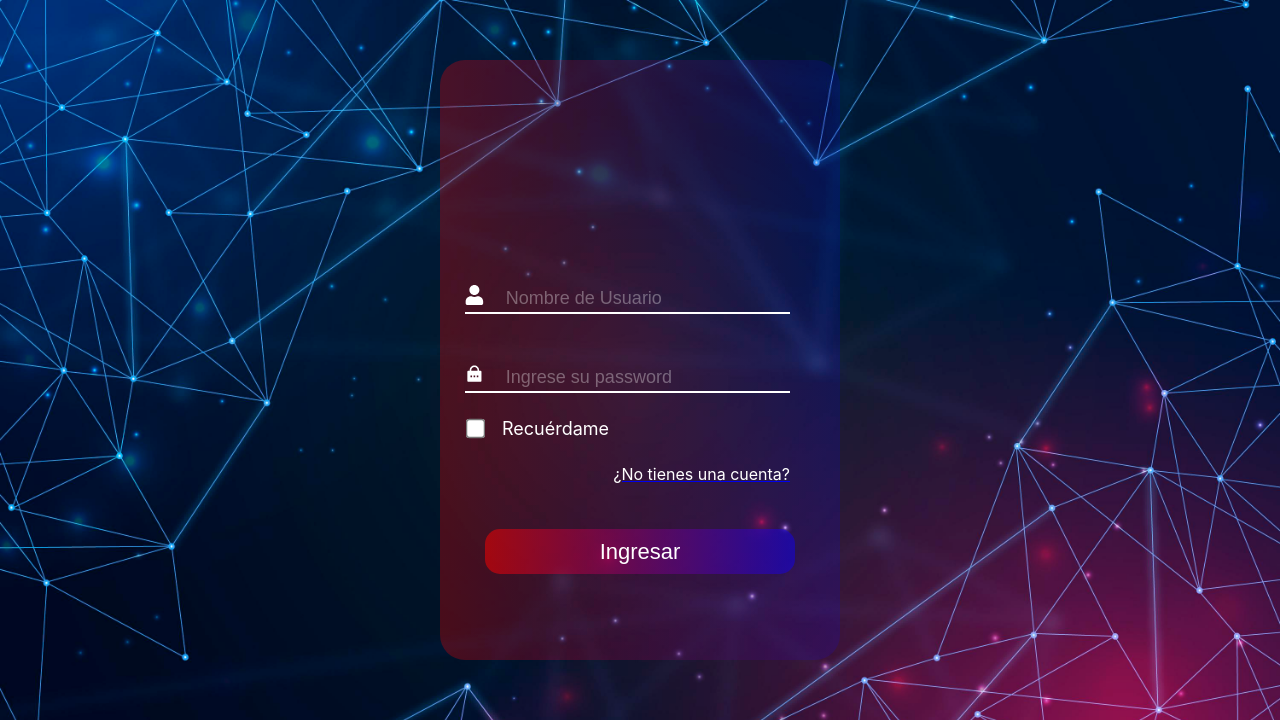
Repository: Davic1o/municipio
Page: /
The author's editor kept a copy of each file at every save. The page is drawn from the files as they stood at one save, then again after the next save.
The browser window is 1280 px wide. The pictures show the whole page.
The project was rebuilt for these pictures with package versions that can differ from the ones it lists, and the page was loaded fresh each time. Also part of the build but not shown: src/pages/Administrador/admin.css, src/pages/Administrador/Admin.jsx, src/pages/Coord/Coord.jsx, src/pages/User/User.jsx, src/pages/Register/RegistroForm.jsx, src/pages/Register/CodigoAdmin.jsx, src/pages/Register/CheckboxAdmin.jsx, src/pages/Register/ErrorMensaje.jsx and 5 more.

Above is the page before, as saved 2024-02-12 12:33:03.

### src/index.js
import React from 'react';
import ReactDOM from 'react-dom/client';
import './index.css';
import App from './App';
import { BrowserRouter } from 'react-router-dom';

const root = ReactDOM.createRoot(document.getElementById('root'));
root.render(
  <BrowserRouter>
    <App />
   </BrowserRouter>
);

### src/index.css
body {
  margin: 0;
  font-family: -apple-system, BlinkMacSystemFont, 'Segoe UI', 'Roboto', 'Oxygen',
    'Ubuntu', 'Cantarell', 'Fira Sans', 'Droid Sans', 'Helvetica Neue',
    sans-serif;
  -webkit-font-smoothing: antialiased;
  -moz-osx-font-smoothing: grayscale;
}

code {
  font-family: source-code-pro, Menlo, Monaco, Consolas, 'Courier New',
    monospace;
}
input{
  text-decoration: none;
  border: none;
}
button{
  background-color: transparent;
  text-decoration: none;
  border: none;
}

### src/App.jsx

import Rutas from './routes/Rutas';

function App() {
  return (
    <div className="App">
      <Rutas/>

    </div>
  );
}

export default App;

### src/routes/Rutas.jsx
import React, { useEffect } from 'react';
import { Routes, Route, Switch, Redirect } from 'react-router-dom';

import Login from '../pages/Login/Login';
import Admin from '../pages/Administrador/Admin';
import Coord from '../pages/Coord/Coord';
import User from '../pages/User/User';
import Register from '../pages/Register/Register';
import ConfirmacionRegistro from '../pages/ConfirmacionRegistro/ConfirmacionRegistro';

function Rutas() {


  return (



      <Routes>
        <Route path="/" element={<Login />} />
        <Route path="/Registro" element={<Register />} />
        <Route path="/ConfirmacionRegistro" element={<ConfirmacionRegistro />} />
        <Route path="/Administrador" element={<Admin />}/>
        <Route path="/Coordinador"  element={<Coord />} />
        <Route path="/Usuario" element={<User />} />

      </Routes>



  );
}

export default Rutas;

### src/pages/Login/Login.jsx
import React, { useRef} from 'react';
import { FaUser } from 'react-icons/fa';
import { RiLockPasswordFill } from 'react-icons/ri';
import { Link, useNavigate } from 'react-router-dom';
import './login.css';

const Login = () => {
  const username = useRef()
  const password = useRef()
  const getUser = localStorage.getItem("user")

  const handleLogin = async () => {
    try {
      const response = await fetch('/api/users');

      if (!response.ok) {
        throw new Error(`Error de red: ${response.statusText}`);
      }

      const data = await response.json();

      // Verificar si el username y password coinciden con algún usuario
      const user = data.find((user) => username.current.value === username && password.current.value === password);

      if (user) {
        localStorage.setItem('user',user)

      } else {
        // Mostrar mensaje de error si las credenciales no coinciden
        alert('Credenciales incorrectas');
      }
    } catch (error) {
      console.error('Error al obtener usuarios:', error);
      alert('Error al obtener usuarios. Consulta la consola para más detalles.');
    }
  };

  return (
    <div className="login__container">
      <div className="login__recuadro">
        <form onSubmit={handleLogin} className="login__formulario">
          <div className="contenedor__nombre">
            <FaUser className="icon__nombre" />
            <input
              type="text"
              className="inp__nombre"
              placeholder="Nombre de Usuario"
              ref={username}
            />
          </div>
          <div className="contenedor__password">
            <RiLockPasswordFill className="icon__password" />
            <input
              type="password"
              className="inp__password"
              placeholder="Ingrese su password"
              ref={password}
            />
          </div>
          <div className="contenedor__recuerdame">
            <input
              type="checkbox"
              className="inp__recuerdame"
            />
            <label htmlFor="" className="lbl__recuerdame">
              Recuérdame
            </label>
          </div>
          <div className="contenedor__registrar">
            <Link to="/Registro">
              <label htmlFor="" className="lbl__registrar">
                ¿No tienes una cuenta?
              </label>
            </Link>
          </div>
          <div className="contendor__ingresar">
            <button className="btn__ingresar" >
              Ingresar
            </button>
          </div>
        </form>
      </div>
    </div>
  );
};

export default Login;

### src/pages/Login/login.css
.login__container {
    background-image:  url('../../images/fondo_informacion.jpg');
    background-size: cover;
    height: 100vh;
    width: 100vw;
    box-sizing: border-box;
    display: flex;
    align-items: center;
    justify-content: center;
    z-index: 0;
}
.login__recuadro{
    width: 400px;
    height: 600px;
    border-radius: 25px;
    background: linear-gradient(to right, rgba(253, 0, 0, 0.288) 1%, rgba(16, 0, 235, 0.171));
}
.login__formulario{
    margin-top: 200px;
}
.contenedor__nombre, .contenedor__password{
    padding-top: 25px;
    width: 325px;
    margin: 25px;
    display: flex;
    border-bottom: 2px solid white ;
}
.contenedor__check{
    padding-top: 25px;
    width: 325px;
    margin: 25px;
    display: flex;
}
.icon__nombre, .icon__password{
    margin-right: 20px;
    font-size: 20px;
    background-color: transparent;
    color: white;
}
.inp__nombre, .inp__password{

    background-color: transparent;
    width: 300px;
    height: 25px;
    font-size: 18px;
    color: white;
}
.inp__nombre::placeholder, .inp__password::placeholder{
    font-size: 18px;
color: rgba(255, 255, 255, 0.336);
}
.inp__nombre:focus, .inp__password:focus{
    outline: none;
    font-size: 18px;
    border: none;
    color: white;
}
.contenedor__recuerdame{
    width: 325px;
    margin: 25px;
    display: flex;
}
.inp__recuerdame{
    transform: scale(1.5);
    margin-right: 20px;
}
.lbl__recuerdame{
    font-size: 18px;
    color: white;
}
.contenedor__registrar{
    width: 325px;
    margin: 25px;
    display: flex;
    justify-content: right;
}
.lbl__registrar{
    color: white;
}
.lbl__registrar:hover{
    color: blue;
    cursor: pointer;
}
.contendor__ingresar{

    background: linear-gradient(to right, rgba(253, 0, 0, 0.514) 1%, rgba(16, 0, 235, 0.514));
    border-radius: 15px;
    margin: 45px;
    display: flex;
    justify-content: center;
}
.btn__ingresar{
    height: 45px;
    color: white;
    font-size: 22px;
    cursor: pointer;

}

### src/pages/Register/register.css

.register__recuadro{
    width: 400px;
    height: 800px;
    border-radius: 25px;
    background: linear-gradient(to right, rgba(253, 0, 0, 0.288) 1%, rgba(16, 0, 235, 0.171));
}
.register__formulario{
    margin-top: 60px;
}

.contenedor__zona {
    width: 325px;
    margin: 25px;
    padding-top: 20px;
    display: flex;
    align-items: flex-end; /* Alinea el contenido a la derecha */
    border-bottom: 2px solid white;
  }
  .label__check{
    color: white;
  }
  .contenedor__zona select {
    width: 300px;
    margin: 0px;
    font-size: 18px;
    background-color: transparent;
    color: rgb(0, 20, 50);
    border: none;
    padding-top: 5px;
    padding-bottom: 5px;
  }

  .contenedor__zona select:not(:focus) {
    background-color: transparent;
    color: rgba(255, 255, 255, 0.336);
  }

  .contenedor__zona select:focus {
    outline: none;
    border-bottom: 2px solid rgba(255, 255, 255, 0); /* Cambia el color del borde cuando el select está enfocado */
    background-color: #ffcccb; /* Color de fondo cuando el select está abierto */
  }
   .contenedor__zona select:focus option[value=""]:first-child {
    color: rgba(255, 255, 255, 0); /* Puedes ajustar el color según tus preferencias */
  }

Loaded but not shown: public/index.html (common file)

After the next save:
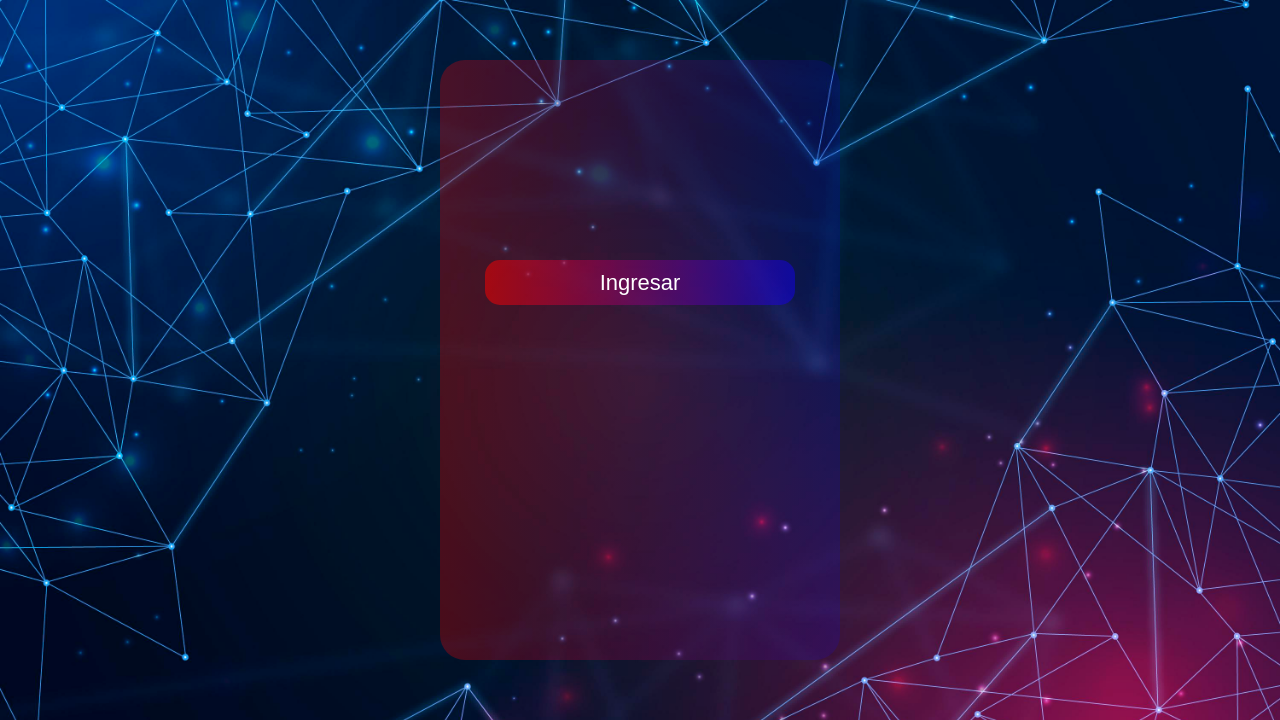
Saved 37 s later.
--- a/src/pages/Login/Login.jsx
+++ b/src/pages/Login/Login.jsx
@@ -1,30 +1,35 @@
-import React, { useRef} from 'react';
+import React, { useRef } from 'react';
 import { FaUser } from 'react-icons/fa';
 import { RiLockPasswordFill } from 'react-icons/ri';
 import { Link, useNavigate } from 'react-router-dom';
 import './login.css';
 
 const Login = () => {
-  const username = useRef()
-  const password = useRef()
-  const getUser = localStorage.getItem("user")
+  const usernameRef = useRef();
+  const passwordRef = useRef();
+  const navigate = useNavigate();
 
-  const handleLogin = async () => {
+  const handleLogin = async (event) => {
+    event.preventDefault();
+
     try {
+      // Lógica de autenticación
       const response = await fetch('/api/users');
-
       if (!response.ok) {
         throw new Error(`Error de red: ${response.statusText}`);
       }
 
       const data = await response.json();
-
-      // Verificar si el username y password coinciden con algún usuario
-      const user = data.find((user) => username.current.value === username && password.current.value === password);
+      const user = data.find(
+        (user) =>
+          user.username === usernameRef.current.value && user.password === passwordRef.current.value
+      );
 
       if (user) {
-        localStorage.setItem('user',user)
-
+        // Guardar información necesaria en el localStorage
+        localStorage.setItem('user', JSON.stringify(user));
+        // Redirigir al usuario a la página de inicio después del login
+        navigate('/home');
       } else {
         // Mostrar mensaje de error si las credenciales no coinciden
         alert('Credenciales incorrectas');
@@ -39,42 +44,9 @@
     <div className="login__container">
       <div className="login__recuadro">
         <form onSubmit={handleLogin} className="login__formulario">
-          <div className="contenedor__nombre">
-            <FaUser className="icon__nombre" />
-            <input
-              type="text"
-              className="inp__nombre"
-              placeholder="Nombre de Usuario"
-              ref={username}
-            />
-          </div>
-          <div className="contenedor__password">
-            <RiLockPasswordFill className="icon__password" />
-            <input
-              type="password"
-              className="inp__password"
-              placeholder="Ingrese su password"
-              ref={password}
-            />
-          </div>
-          <div className="contenedor__recuerdame">
-            <input
-              type="checkbox"
-              className="inp__recuerdame"
-            />
-            <label htmlFor="" className="lbl__recuerdame">
-              Recuérdame
-            </label>
-          </div>
-          <div className="contenedor__registrar">
-            <Link to="/Registro">
-              <label htmlFor="" className="lbl__registrar">
-                ¿No tienes una cuenta?
-              </label>
-            </Link>
-          </div>
+          {/* Resto del código */}
           <div className="contendor__ingresar">
-            <button className="btn__ingresar" >
+            <button type="submit" className="btn__ingresar">
               Ingresar
             </button>
           </div>

After the save that followed:
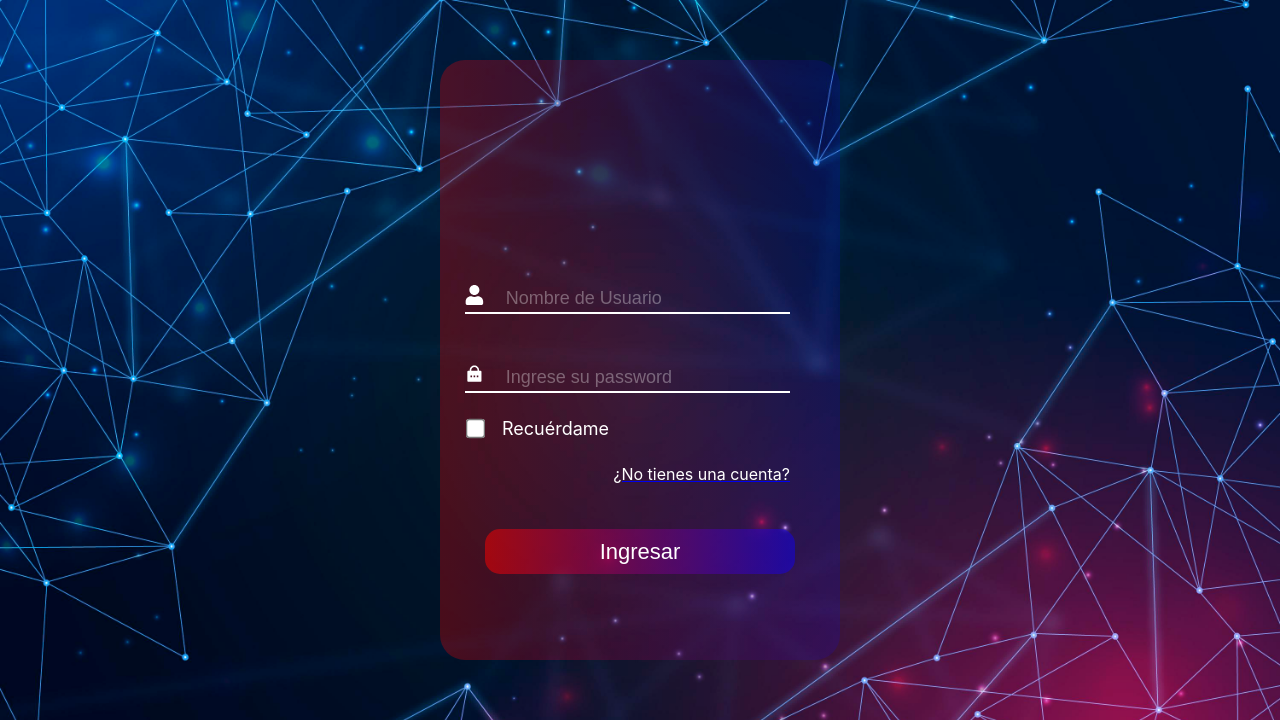
Saved 45 s later.
--- a/src/pages/Login/Login.jsx
+++ b/src/pages/Login/Login.jsx
@@ -13,7 +13,6 @@
     event.preventDefault();
 
     try {
-      // Lógica de autenticación
       const response = await fetch('/api/users');
       if (!response.ok) {
         throw new Error(`Error de red: ${response.statusText}`);
@@ -26,7 +25,7 @@
       );
 
       if (user) {
-        // Guardar información necesaria en el localStorage
+        // Almacenar información necesaria en el localStorage
         localStorage.setItem('user', JSON.stringify(user));
         // Redirigir al usuario a la página de inicio después del login
         navigate('/home');
@@ -44,7 +43,37 @@
     <div className="login__container">
       <div className="login__recuadro">
         <form onSubmit={handleLogin} className="login__formulario">
-          {/* Resto del código */}
+          <div className="contenedor__nombre">
+            <FaUser className="icon__nombre" />
+            <input
+              type="text"
+              className="inp__nombre"
+              placeholder="Nombre de Usuario"
+              ref={usernameRef}
+            />
+          </div>
+          <div className="contenedor__password">
+            <RiLockPasswordFill className="icon__password" />
+            <input
+              type="password"
+              className="inp__password"
+              placeholder="Ingrese su password"
+              ref={passwordRef}
+            />
+          </div>
+          <div className="contenedor__recuerdame">
+            <input type="checkbox" className="inp__recuerdame" />
+            <label htmlFor="" className="lbl__recuerdame">
+              Recuérdame
+            </label>
+          </div>
+          <div className="contenedor__registrar">
+            <Link to="/Registro">
+              <label htmlFor="" className="lbl__registrar">
+                ¿No tienes una cuenta?
+              </label>
+            </Link>
+          </div>
           <div className="contendor__ingresar">
             <button type="submit" className="btn__ingresar">
               Ingresar
